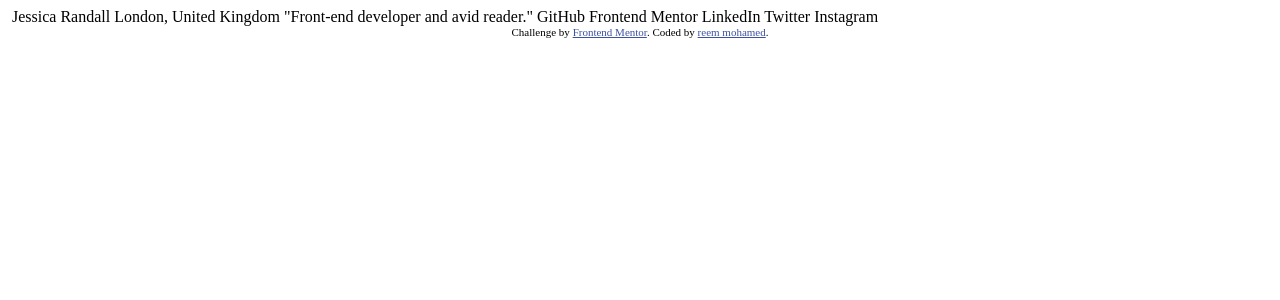
Repository: reemoon-ctrl/social_links_profile_main
Page: index.html
An editor plug-in stored every save of this project. The page is shown before and after the next save, followed by the edit.
The browser window is 1280 px wide. The pictures show the whole page.

Above is the page before, as saved 2024-07-23 08:30:14.

### index.html
<!DOCTYPE html>
<html lang="en">
<head>
  <meta charset="UTF-8">
  <meta name="viewport" content="width=device-width, initial-scale=1.0"> <!-- displays site properly based on user's device -->

  <link rel="icon" type="image/png" sizes="32x32" href="./assets/images/favicon-32x32.png">

  <title>Frontend Mentor | Social links profile</title>

  <!-- Feel free to remove these styles or customise in your own stylesheet 👍 -->
  <style>
    .attribution { font-size: 11px; text-align: center; }
    .attribution a { color: hsl(228, 45%, 44%); }
  </style>
</head>
<body>
  <main>
    <div class="form-container">
      <div>
      <img src="" alt="">



              Jessica Randall
              London, United Kingdom
              "Front-end developer and avid reader."

              GitHub
              Frontend Mentor
              LinkedIn
              Twitter
              Instagram
  </div>
 </main>
  <footer>
  <div class="attribution">
    Challenge by <a href="https://www.frontendmentor.io?ref=challenge" target="_blank">Frontend Mentor</a>.
    Coded by <a href="https://www.frontendmentor.io/reemoon-ctrl">reem mohamed</a>.
  </div>
  </footer>
</body>
</html>

After the next save:
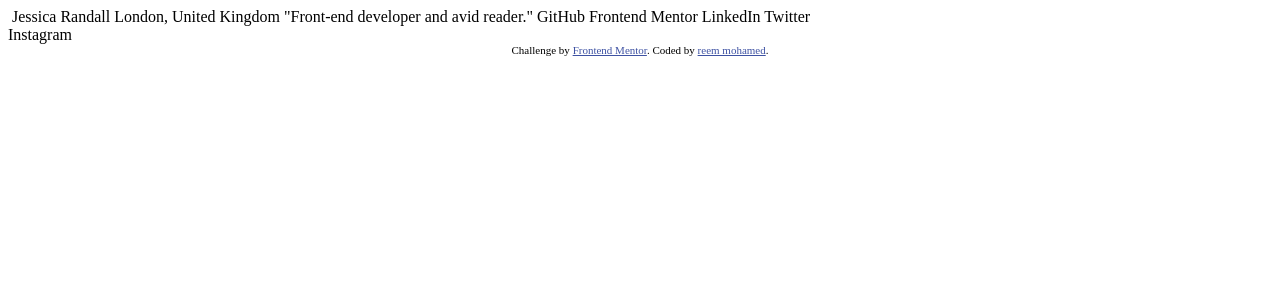
Saved 8 s later.
--- a/index.html
+++ b/index.html
@@ -30,7 +30,7 @@
               Frontend Mentor
               LinkedIn
               Twitter
-              Instagram
+            </div>        Instagram
   </div>
  </main>
   <footer>
